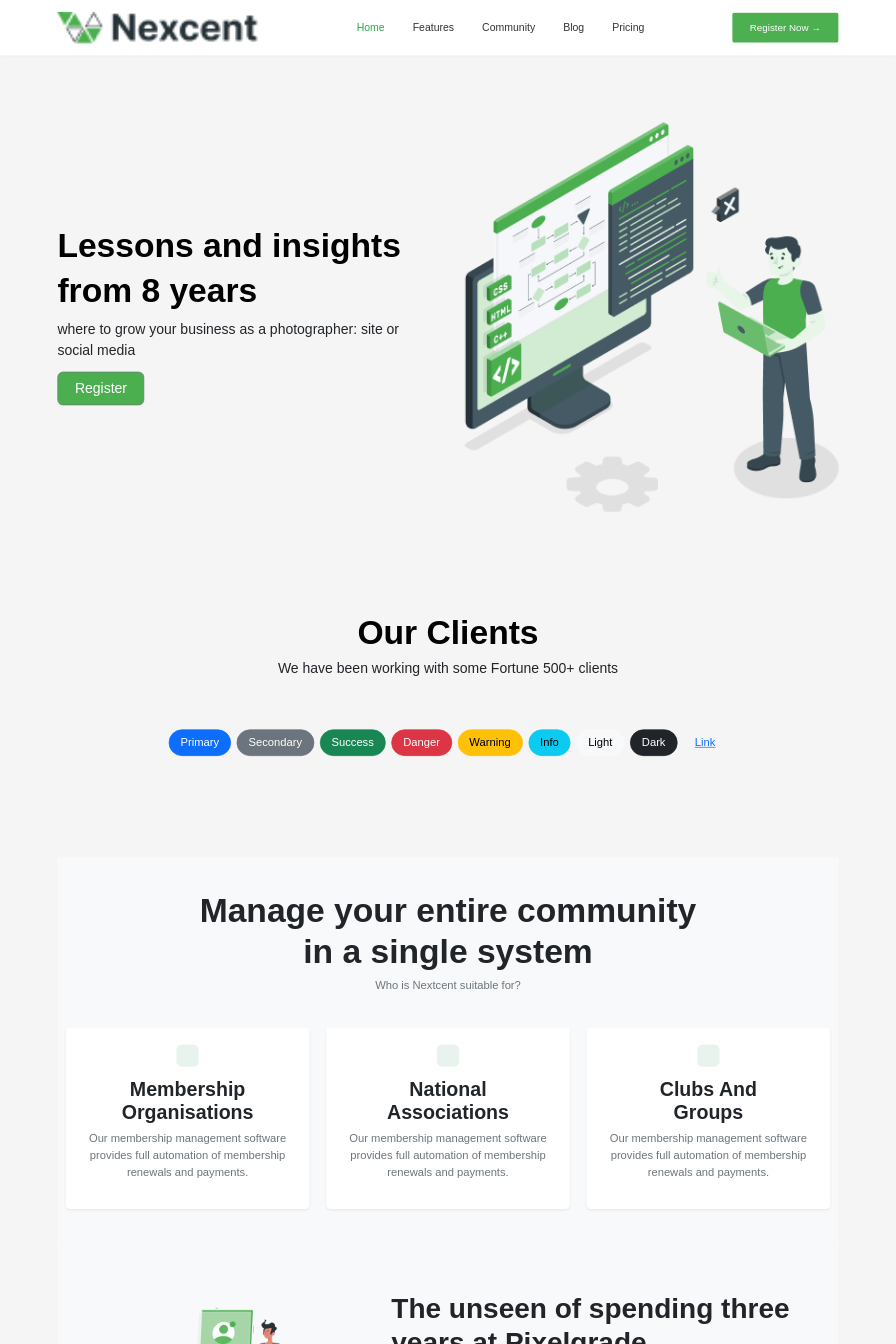
Repository: Laibaaa10/Bootstrap1
Page: index.html
These files come from the project's save history. The page is drawn as it stood at one moment and after a run of saves; the edit follows.
The browser window is 1280 px wide. The pictures show the part of the page from y = 0 to 1920 px (the page is 2891 px tall before and 2884 px after), at 70% of full size.

Above is the page before, as saved 2026-06-18 08:05:07.

After the next 2 saves:
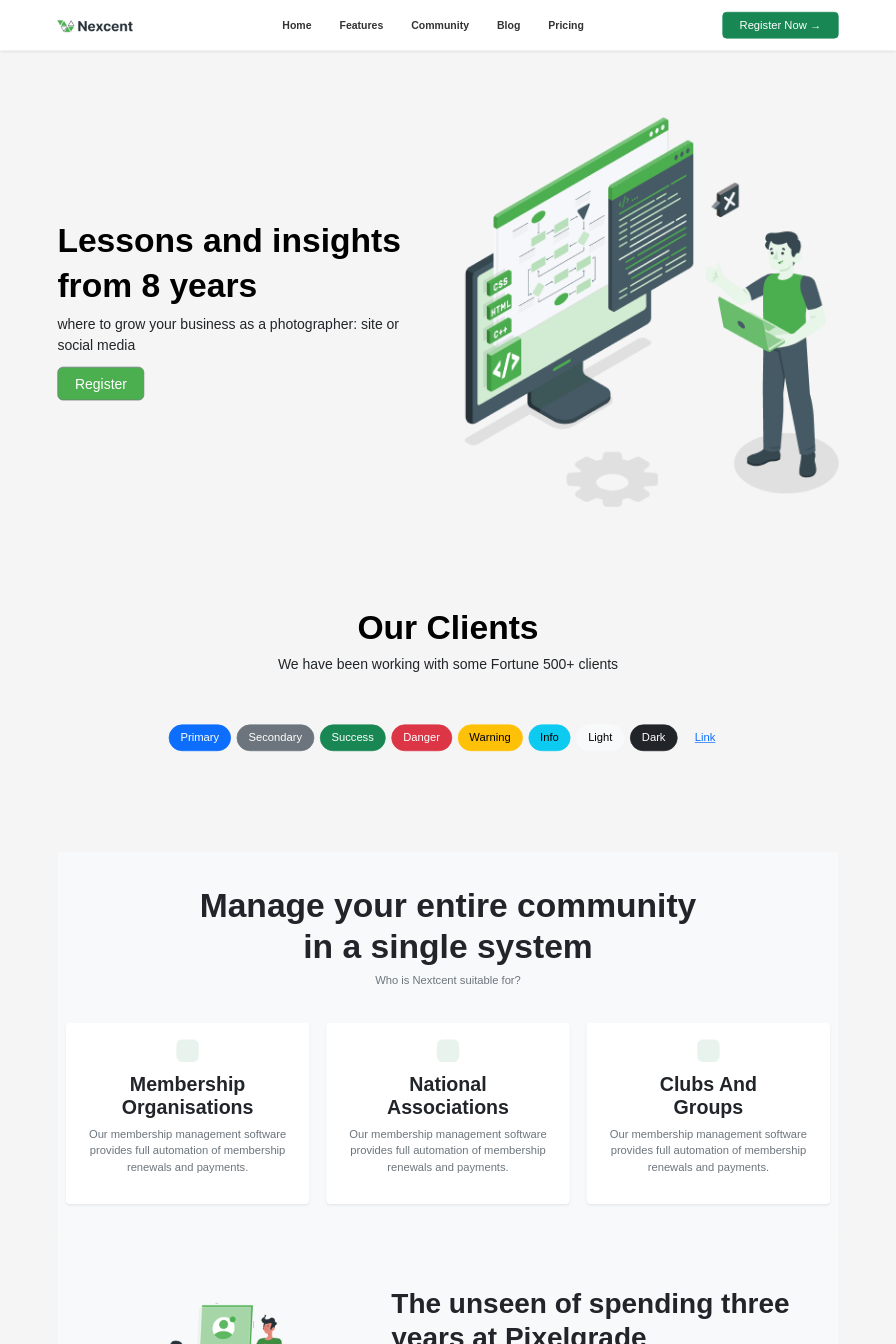
The 2 saves are shown as one change because they came seconds apart.
The last was saved 2 min 15 s later.
--- a/index.html
+++ b/index.html
@@ -11,47 +11,50 @@
 
 <body>
     <!-- Navbar start  -->
-
-    <nav class="navbar navbar-expand-lg custom-navbar">
-        <div class="container">
-
-
-            <a class="navbar-brand d-flex align-items-center w-" href="#">
-                <img src="./images/Logo.png" alt="Logo" class="logo">
+     <nav class="navbar navbar-expand-lg bg-white shadow-sm py-3">
+    <div class="container">
+
+        <a class="navbar-brand" href="#">
+            <img src="./images/Logo.png" alt="Logo" class="img-fluid">
+        </a>
+
+        <button class="navbar-toggler" type="button"
+            data-bs-toggle="collapse"
+            data-bs-target="#navbarContent">
+            <span class="navbar-toggler-icon"></span>
+        </button>
+
+        <div class="collapse navbar-collapse" id="navbarContent">
+
+            <ul class="navbar-nav mx-auto">
+                <li class="nav-item">
+                    <a class="nav-link fw-semibold" href="#">Home</a>
+                </li>
+
+                <li class="nav-item">
+                    <a class="nav-link fw-semibold" href="#">Features</a>
+                </li>
+
+                <li class="nav-item">
+                    <a class="nav-link fw-semibold" href="#">Community</a>
+                </li>
+
+                <li class="nav-item">
+                    <a class="nav-link fw-semibold" href="#">Blog</a>
+                </li>
+
+                <li class="nav-item">
+                    <a class="nav-link fw-semibold" href="#">Pricing</a>
+                </li>
+            </ul>
+
+            <a href="#" class="btn btn-success px-4">
+                Register Now →
             </a>
 
-
-
-            <button class="navbar-toggler" type="button" data-bs-toggle="collapse" data-bs-target="#navbarContent">
-                <span class="navbar-toggler-icon"></span>
-            </button>
-
-            <div class="collapse navbar-collapse" id="navbarContent">
-
-                <ul class="navbar-nav mx-auto mb-2 mb-lg-0">
-                    <li class="nav-item">
-                        <a class="nav-link active" href="#">Home</a>
-                    </li>
-                    <li class="nav-item">
-                        <a class="nav-link" href="#">Features</a>
-                    </li>
-                    <li class="nav-item">
-                        <a class="nav-link" href="#">Community</a>
-                    </li>
-                    <li class="nav-item">
-                        <a class="nav-link" href="#">Blog</a>
-                    </li>
-                    <li class="nav-item">
-                        <a class="nav-link" href="#">Pricing</a>
-                    </li>
-                </ul>
-                <a href="#" class="btn register-btn">
-                    Register Now →
-                </a>
-
-            </div>
-        </div>
-    </nav>
+        </div>
+    </div>
+</nav>
     <!-- Navbar end -->
 
     <!-- Hero section start  -->
